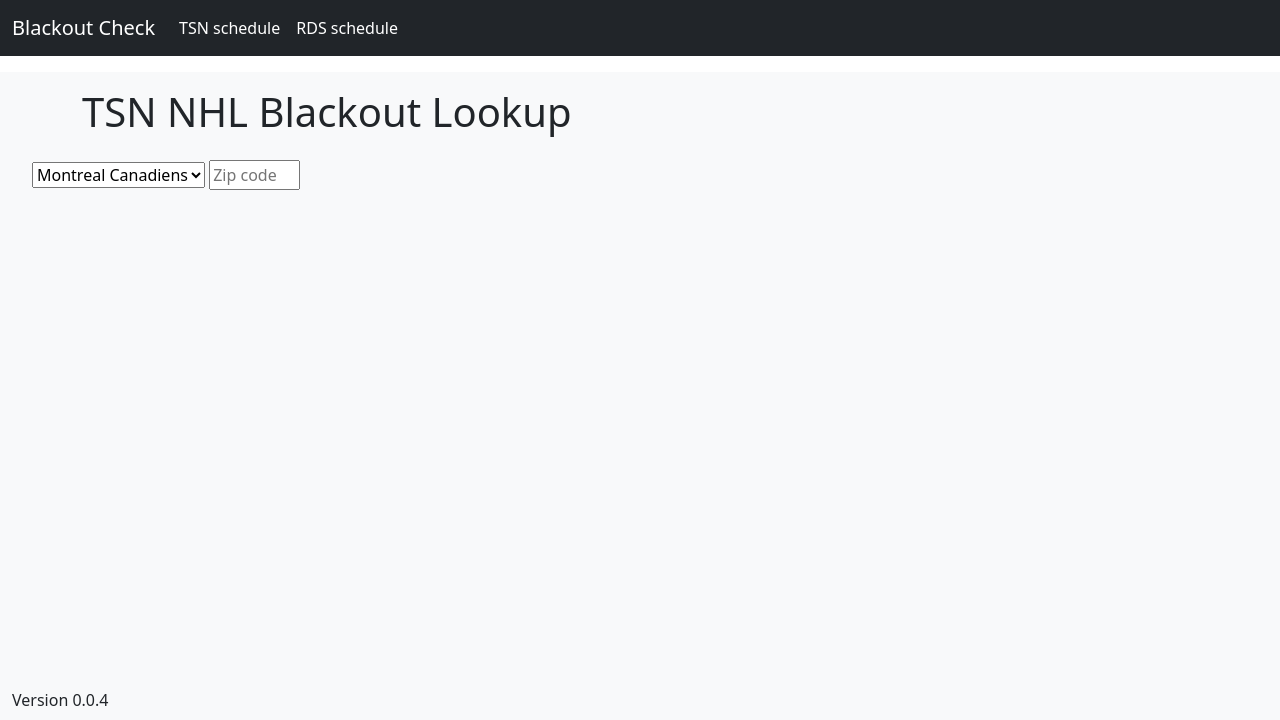
Repository: teban004/blackoutCheck
Page: index.html
The author's editor kept a copy of each file at every save. The page is drawn from the files as they stood at one save, then again after the next save.
The browser window is 1280 px wide. The pictures show the whole page.

Above is the page before, as saved 2022-01-14 16:02:47.

After the next save:
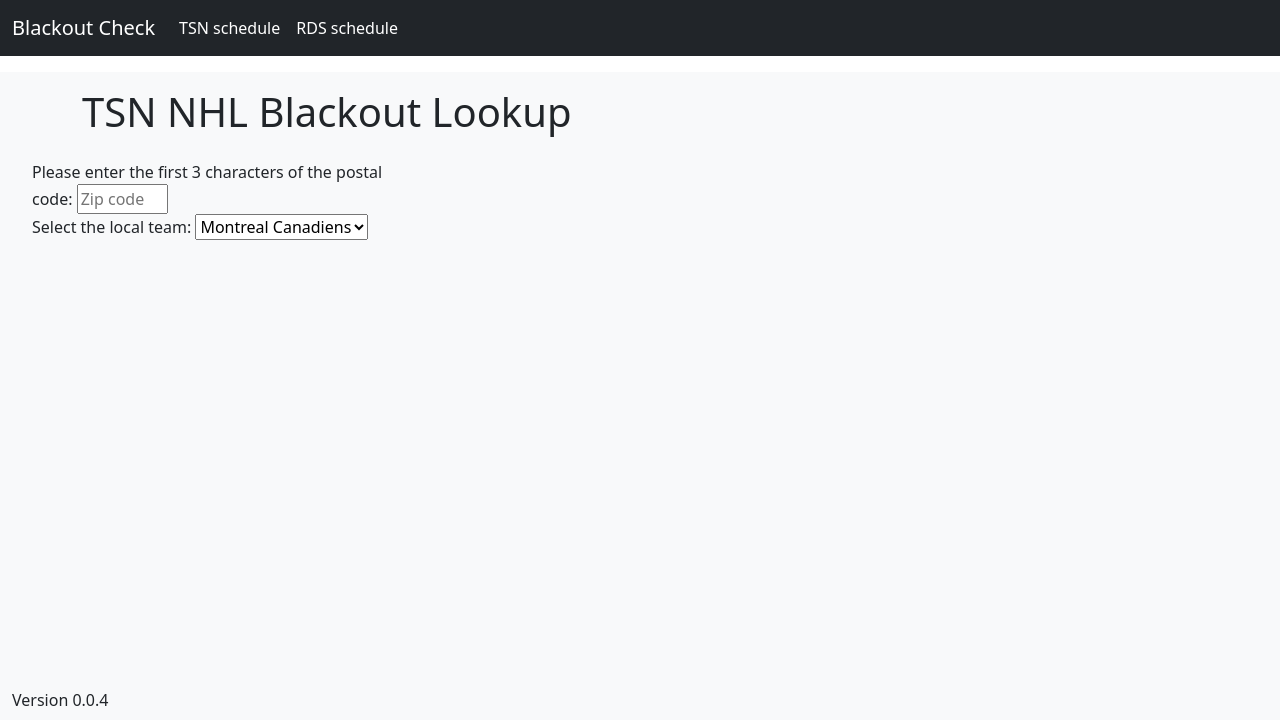
Saved 6 min 32 s later.
--- a/index.html
+++ b/index.html
@@ -45,13 +45,14 @@
 		<div class="row">
 			<div class="col-md-4">
 				<div class="container p-3">
+					Please enter the first 3 characters of the postal code: <input type="text" name="zipCode" id="zipCode" maxlength="3" size="4" placeholder="Zip code">
+					<br>Select the local team:
 					<select name="team" id="team">
 						<option value="Canadiens">Montreal Canadiens</option>
 						<option value="Leafs">Toronto Leafs</option>
 						<option value="Senators">Ottawa Senators</option>
 						<option value="Jets">Winnipeg Jets</option>
 					</select>
-					<input type="text" name="zipCode" id="zipCode" maxlength="3" size="4" placeholder="Zip code">
 				</div>
 			</div>
 			<div class="col-md-8">
